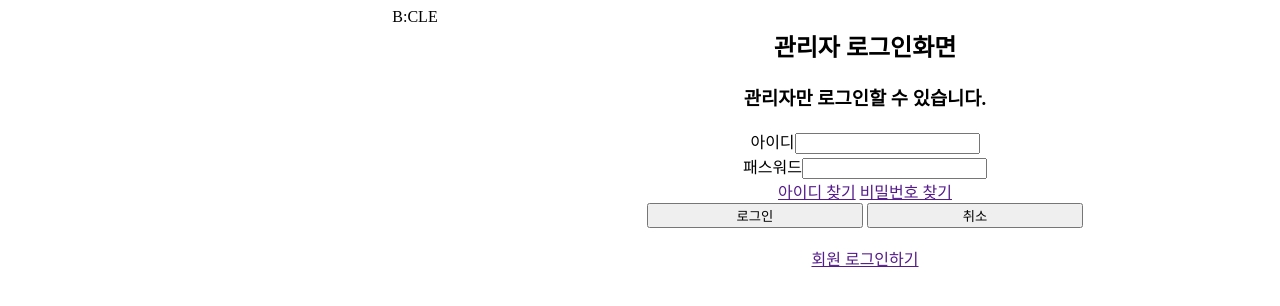
Repository: hyodii/SpringProject_Bcle
Page: http://localhost/Bcle/LoginPageAdmin.jsp
These files come from the project's save history. The page is drawn as it stood at one moment and after the next save; the edit follows.
The browser window is 1280 px wide. The pictures show the whole page.
The page is served by Tomcat 9.

Above is the page before, as saved 2021-12-16 07:29:00.

After the next save:
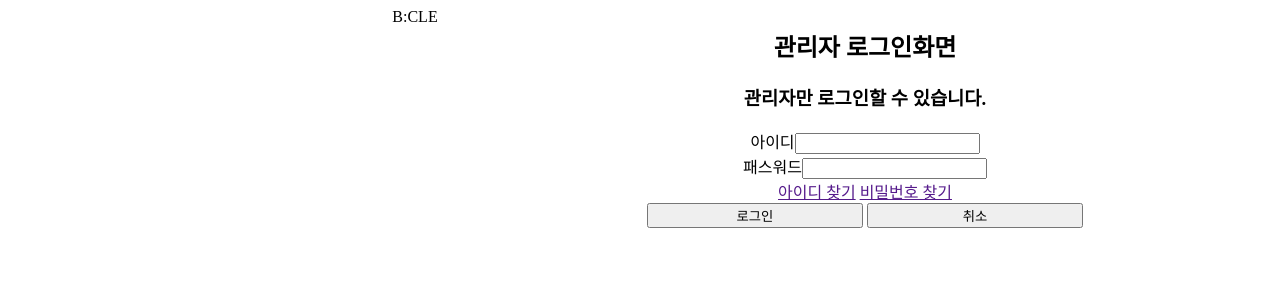
Saved 2 min 27 s later.
--- a/Bcle/WebContent/LoginPageAdmin.jsp
+++ b/Bcle/WebContent/LoginPageAdmin.jsp
@@ -93,9 +93,6 @@
 				</form>
 			</div>
 
-			<div>
-					<a href="">회원 로그인하기</a>
-			</div>
 		</div>
 	</div>
 </div>
